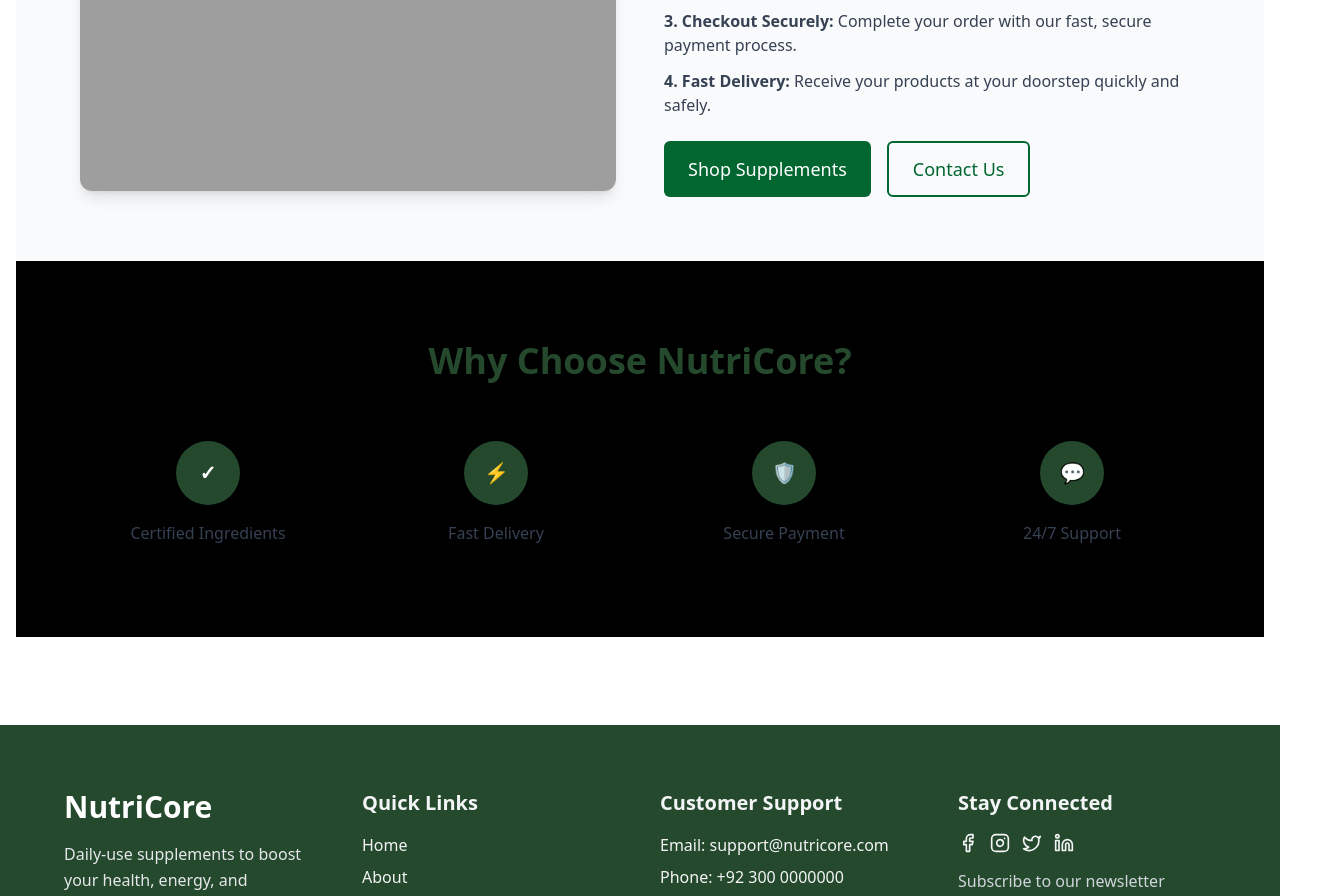
Repository: A-Nawaz512/NutriCore
Page: /about (app in frontend/)
These files come from the project's save history. The page is drawn as it stood at one moment and after the next save; the edit follows.
The browser window is 1280 px wide. The page is 1326 px wide, so the pictures cover 1326 px, including what lies to the right of the window. The pictures show the part of the page from y = 1143 to 2039 px (the page is 2261 px tall).
Pictures or frames that could not be fetched are drawn as grey boxes. The project was rebuilt for these pictures with package versions that can differ from the ones it lists, and the page was loaded fresh each time. Also part of the build but not shown: frontend/vite.config.ts.

Above is the page before, as saved 2026-02-18 16:13:41.

### frontend/src/main.tsx
import { StrictMode } from 'react'
import { createRoot } from 'react-dom/client'
import './index.css'
import App from './App.tsx'
import {BrowserRouter} from "react-router-dom"

createRoot(document.getElementById('root')!).render(
  <StrictMode>
     <BrowserRouter>
      <App />
    </BrowserRouter>
  </StrictMode>,
)

### frontend/src/App.tsx
import AppRouter from "./app/router/AppRouter"

function App() {
  return <AppRouter />
}

export default App

### frontend/src/app/router/AppRouter.tsx
import { Routes, Route } from "react-router-dom"
import { lazy, Suspense } from "react"

import MainLayout from "../../shared/components/layout/MainLayout"
// import AdminLayout from "@/shared/components/layout/AdminLayout"
// import ProtectedRoute from "./ProtectedRoute"
// import AdminRoute from "./AdminRoute"

const HomePage = lazy(() => import("../../features/home/pages/HomePage"))
const AboutPage = lazy(() => import("../../features/about/pages/AboutPage"))
const ProductsPage = lazy(() => import("../../features/products/pages/ProductsPage"))
const ContactPage = lazy(() => import("../../features/contact/pages/ContactPage"))
const LoginPage = lazy(() => import("../../features/auth/pages/LoginPage"))
const SignupPage = lazy(() => import("../../features/auth/pages/SignupPage"))
// const DashboardPage = lazy(() => import("@/features/admin/pages/DashboardPage"))

const AppRouter = () => {
  return (
    <Suspense fallback={<div>Loading...</div>}>
      <Routes>
        {/* Public Layout */}
        <Route element={<MainLayout />}>
          <Route path="/" element={<HomePage />} />
          <Route path="/about" element={<AboutPage />} />
          <Route path="/products" element={<ProductsPage />} />
          <Route path="/contact" element={<ContactPage />} />
        </Route>

        {/* Auth */}
        <Route path="/login" element={<LoginPage />} />
        <Route path="/signup" element={<SignupPage />} />

        {/* Protected Admin */}
        {/* <Route element={<ProtectedRoute />}>
          <Route element={<AdminRoute />}>
            <Route element={<AdminLayout />}>
              <Route path="/admin/dashboard" element={<DashboardPage />} />
            </Route>
          </Route>
        </Route> */}
      </Routes>
    </Suspense>
  )
}

export default AppRouter

### frontend/src/shared/components/layout/MainLayout.tsx
import { Outlet } from "react-router-dom"
import Header from "./Header"
import Footer from "./Footer"

const MainLayout = () => {
  return (
    <div className="min-h-screen flex flex-col bg-white">
      <Header />
      <main className="flex-1 container mx-auto px-4 py-6">
        <Outlet />
      </main>
      <Footer />
    </div>
  )
}

export default MainLayout

### frontend/src/features/about/pages/AboutPage.tsx
import { FC } from "react"
import Button from "../../../shared/components/ui/Button"
import Featured01 from "../../../assets/Home/Featured01.jpg"
import HeroSection from "../components/HeroSection"
import FeaturesSection from "../components/FeaturesSection"

const AboutSection: FC = () => {
  return (
    <>
      <HeroSection />
      <section className="py-16 bg-gray-50">
        <div className="container mx-auto px-6 md:px-16 flex flex-col lg:flex-row items-center gap-12">
          {/* Left Image */}
          <div className="lg:w-1/2 w-full h-64 sm:h-96 md:h-[500px] lg:h-[600px] relative">
            <img
              src={Featured01}
              alt="NutriCore Supplements"
              className="rounded-xl shadow-lg w-full h-full object-cover"
            />
          </div>

          {/* Right Content */}
          <div className="lg:w-1/2 w-full flex flex-col justify-center text-center lg:text-left">
            <h2 className="text-3xl sm:text-4xl md:text-5xl font-bold text-[#25492D] mb-6">
              Discover NutriCore Supplements
            </h2>
            <p className="text-gray-700 text-base sm:text-lg md:text-xl mb-6">
              At NutriCore, we provide <strong>high-quality daily supplements</strong> for energy, immunity, and overall wellness. Each product is <strong>carefully formulated</strong> to help you maintain a healthy lifestyle.
            </p>

            {/* How to Purchase */}
            <div className="mb-6">
              <h3 className="text-xl sm:text-2xl font-semibold text-[#25492D] mb-4">
                How to Purchase
              </h3>
              <ul className="space-y-2 sm:space-y-3 text-gray-700 text-sm sm:text-base">
                <li>
                  <span className="font-semibold">1. Browse Products:</span> Explore our curated selection of vitamins, protein powders, and wellness boosters.
                </li>
                <li>
                  <span className="font-semibold">2. Add to Cart:</span> Choose the quantity and add your supplements to the cart.
                </li>
                <li>
                  <span className="font-semibold">3. Checkout Securely:</span> Complete your order with our fast, secure payment process.
                </li>
                <li>
                  <span className="font-semibold">4. Fast Delivery:</span> Receive your products at your doorstep quickly and safely.
                </li>
              </ul>
            </div>

            {/* Call-to-Action */}
            <div className="flex flex-col sm:flex-row gap-4 justify-center lg:justify-start">
              <Button
                variant="primary"
                size="lg"
                onClick={() => (window.location.href = "/products")}
              >
                Shop Supplements
              </Button>
              <Button
                variant="outline"
                size="lg"
                onClick={() => (window.location.href = "/contact")}
              >
                Contact Us
              </Button>
            </div>
          </div>
        </div>
      </section>


      <FeaturesSection />
    </>
  )
}

export default AboutSection

### frontend/src/shared/components/layout/Header.tsx
import { FC, useState } from "react"
import { Link } from "react-router-dom"
import { ShoppingCart, Menu, X } from "lucide-react"
import Button from "../ui/Button"
import Badge from "../ui/Badge"

const Header: FC = () => {
  const [isMobileMenuOpen, setIsMobileMenuOpen] = useState(false)

  const navLinks = [
    { name: "Home", path: "/" },
    { name: "About", path: "/about" },
    { name: "Products", path: "/products" },
    { name: "Contact", path: "/contact" },
  ]

  return (
    <header className="bg-white shadow-md">
      <div className="container mx-auto flex items-center justify-between p-4">
        {/* Logo */}
        <Link to="/" className="text-2xl font-bold text-green-800">
          NutriCore
        </Link>

        {/* Desktop Navigation */}
        <nav className="hidden md:flex space-x-3">
          {navLinks.map(link => (
            <Link
              key={link.name}
              to={link.path}
              className="text-gray-700 hover:bg-green-800 hover:text-white rounded px-3 py-1 font-medium transition"
            >
              {link.name}
            </Link>
          ))}
        </nav>

        {/* Cart + Auth Buttons */}
        <div className="flex items-center space-x-4">
          <Link to="/cart" className="relative flex ">
            <ShoppingCart size={24} className="text-gray-700 hover:text-green-800 transition" />
            <Badge color="green" className="absolute -top-2 -right-2">
              2
            </Badge>
          </Link>
          <Link to="/login"><Button variant="outline" size="sm">
            Login
          </Button></Link>
        </div>

        {/* Mobile Menu Toggle */}
        <div className="md:hidden">
          <button onClick={() => setIsMobileMenuOpen(prev => !prev)}>
            {isMobileMenuOpen ? <X size={24} /> : <Menu size={24} />}
          </button>
        </div>
      </div>

      {/* Mobile Menu */}
      {isMobileMenuOpen && (
        <div className="md:hidden bg-white shadow-md">
          {navLinks.map(link => (
            <Link
              key={link.name}
              to={link.path}
              className="block px-4 py-2 text-gray-700 hover:bg-gray-100 transition"
              onClick={() => setIsMobileMenuOpen(false)}
            >
              {link.name}
            </Link>
          ))}
        </div>
      )}
    </header>
  )
}

export default Header

### frontend/src/shared/components/layout/Footer.tsx
import { FC } from "react"
import { Link } from "react-router-dom"
import Badge from "../ui/Badge"
import { Facebook, Instagram, Twitter, Linkedin } from "lucide-react"

const Footer: FC = () => {
  return (
    <footer className="bg-[#25492D] text-gray-100 mt-16">
      <div className="container mx-auto py-16 px-8 md:px-16 grid md:grid-cols-4 gap-10">
        {/* Branding */}
        <div className="space-y-4">
          <h2 className="text-3xl font-bold text-white">NutriCore</h2>
          <p className="text-gray-200 leading-relaxed">
            Daily-use supplements to boost your health, energy, and immunity.
            Trusted by thousands for quality and reliability.
          </p>
          <div className="flex space-x-3 mt-2">
            <Badge color="green" className="rounded-md px-3 py-1 text-sm">Secure Payment</Badge>
            <Badge color="yellow" className="rounded-md px-3 py-1 text-sm">Certified</Badge>
          </div>
        </div>

        {/* Quick Links */}
        <div>
          <h3 className="text-xl font-semibold mb-4">Quick Links</h3>
          <ul className="space-y-2">
            <li>
              <Link to="/" className="hover:text-green-300 transition-colors duration-200">Home</Link>
            </li>
            <li>
              <Link to="/about" className="hover:text-green-300 transition-colors duration-200">About</Link>
            </li>
            <li>
              <Link to="/products" className="hover:text-green-300 transition-colors duration-200">Products</Link>
            </li>
            <li>
              <Link to="/contact" className="hover:text-green-300 transition-colors duration-200">Contact</Link>
            </li>
          </ul>
        </div>

        {/* Support / Contact */}
        <div>
          <h3 className="text-xl font-semibold mb-4">Customer Support</h3>
          <ul className="space-y-2">
            <li>Email: support@nutricore.com</li>
            <li>Phone: +92 300 0000000</li>
            <li>FAQ</li>
            <li>Shipping & Returns</li>
          </ul>
        </div>

        {/* Social + Newsletter */}
        <div className="space-y-4">
          <h3 className="text-xl font-semibold mb-4">Stay Connected</h3>
          <div className="flex space-x-3">
            <Link className="hover:text-green-300 transition-colors duration-200">
              <Facebook size={20} />
            </Link>
            <Link className="hover:text-green-300 transition-colors duration-200">
              <Instagram size={20} />
            </Link>
            <Link className="hover:text-green-300 transition-colors duration-200">
              <Twitter size={20} />
            </Link>
            <Link className="hover:text-green-300 transition-colors duration-200">
              <Linkedin size={20} />
            </Link>
          </div>
          <div className="mt-4">
            <p className="text-gray-300 mb-2">Subscribe to our newsletter</p>
            <div className="flex">
              <input
                type="email"
                placeholder="Enter your email"
                className="flex-1 px-4 py-2 bg-green-200 rounded-l-md focus:outline-none text-gray-900"
              />
              <button className="bg-green-600 hover:bg-green-700 px-4 py-2 rounded-r-md text-white transition-colors">
                Subscribe
              </button>
            </div>
          </div>
        </div>
      </div>

      <div className="border-t border-green-700 text-center py-6 text-gray-300 text-sm">
        &copy; {new Date().getFullYear()} NutriCore. All rights reserved.
      </div>
    </footer>
  )
}

export default Footer

### frontend/src/shared/components/ui/Button.tsx
import { ButtonHTMLAttributes, FC, ReactNode } from "react"
import clsx from "clsx"
import { motion } from "framer-motion"

interface ButtonProps extends ButtonHTMLAttributes<HTMLButtonElement> {
  variant?: "primary" | "secondary" | "outline"
  size?: "sm" | "md" | "lg"
  children: ReactNode
}

const Button: FC<ButtonProps> = ({
  variant = "primary",
  size = "md",
  children,
  className,
  ...props
}) => {
  const baseClasses =
    "font-medium rounded-md transition-all duration-200 focus:outline-none focus:ring-2 focus:ring-offset-2 flex items-center justify-center"

  const variantClasses = clsx({
    "bg-green-800 text-white hover:bg-green-700 focus:ring-green-500 cursor-pointer": variant === "primary",
    "bg-gray-100 text-gray-900 hover:bg-gray-200 focus:ring-gray-400 cursor-pointer": variant === "secondary",
    "border-2 border-green-800 text-green-800 hover:text-white cursor-pointer hover:bg-green-800 focus:ring-green-500": variant === "outline"
  })

  const sizeClasses = clsx({
    "px-3 py-1 text-sm": size === "sm",
    "px-4 py-2 text-md": size === "md",
    "px-6 py-3 text-lg": size === "lg"
  })

  return (
    <motion.button
      whileTap={{ scale: 0.95 }}
      className={clsx(baseClasses, variantClasses, sizeClasses, className)}
      {...props}
    >
      {children}
    </motion.button>
  )
}

export default Button

### frontend/src/features/about/components/HeroSection.tsx
import { FC } from "react"
import { Swiper, SwiperSlide } from "swiper/react"
import { Autoplay, EffectFade, Pagination, Navigation } from "swiper/modules"
import "swiper/css"
import "swiper/css/effect-fade"
import "swiper/css/pagination"
import "swiper/css/navigation"
import Button from "../../../shared/components/ui/Button"
import About01 from "../../../assets/About/Hero04.jpg"
import About02 from "../../../assets/About/Hero02.jpg"
import About03 from "../../../assets/About/Hero03.jpg"

const slides = [
  {
    title: "Daily Health, Simplified",
    description: "NutriCore supplements for energy, immunity, and overall wellness.",
    img: About01,
    btnText: "Shop Now",
    btnLink: "/products",
  },
  {
    title: "Fast & Secure Delivery",
    description: "Get your favorite supplements delivered to your doorstep quickly and safely.",
    img: About02,
    btnText: "Explore Delivery",
    btnLink: "/delivery",
  },
  {
    title: "Premium Quality Products",
    description: "Certified vitamins, protein powders, and wellness boosters to support your lifestyle.",
    img: About03,
    btnText: "View Products",
    btnLink: "/products",
  },
]

const HeroSection: FC = () => {
  return (
    <section className="relative w-full h-[80vh] overflow-hidden rounded-lg">
      <Swiper
        modules={[Autoplay, EffectFade, Pagination, Navigation]}
        effect="fade"
        autoplay={{ delay: 3000, disableOnInteraction: false }}
        loop={true}
        speed={1000}
        pagination={{
          clickable: true,
          bulletClass:
            "swiper-pagination-bullet w-4 h-4 bg-white/50 rounded-full mx-1 transition-all duration-300",
          bulletActiveClass: "swiper-pagination-bullet-active bg-white",
        }}
        navigation={true}
        className="w-full h-full"
      >
        {slides.map((slide, index) => (
          <SwiperSlide key={index}>
            <div
              className="w-full h-full relative flex flex-col md:flex-row items-center justify-between px-6 md:px-16 py-12 md:py-24"
              style={{
                backgroundImage: `url(${slide.img})`,
                backgroundSize: "cover",
                backgroundPosition: "center",
              }}
            >
              {/* Overlay */}
              <div className="absolute inset-0 bg-black/20"></div>

              {/* Text Content */}
              <div className="relative md:w-1/2 z-10 text-white max-w-lg text-center md:text-left">
                <h2 className="text-3xl md:text-5xl font-bold mb-4 leading-snug">
                  {slide.title}
                </h2>
                <p className="mb-6 text-base md:text-lg text-gray-100">
                  {slide.description}
                </p>
                <div className="flex justify-center md:justify-start">
                  <Button
                    variant="primary"
                    size="lg"
                    onClick={() => (window.location.href = slide.btnLink)}
                  >
                    {slide.btnText}
                  </Button>
                </div>
              </div>
            </div>
          </SwiperSlide>
        ))}
      </Swiper>

      {/* Custom Navigation Styling */}
      <style>
        {`
          .swiper-button-next,
          .swiper-button-prev {
            width: 3rem;
            padding : 10px;
            height: 3rem;
            border-radius: 50%;
            background-color: rgba(255,255,255,0.3);
            color: white;
            transition: all 0.3s ease;
          }
          .swiper-button-next:hover,
          .swiper-button-prev:hover {
            background-color: green;
          }
          .swiper-button-next::after,
          .swiper-button-prev::after {
            font-size: 1.25rem;
            font-weight: bold;
          }
        `}
      </style>
    </section>
  )
}

export default HeroSection

### frontend/src/features/about/components/FeaturesSection.tsx
import { FC } from "react"

const FeaturesSection: FC = () => (
  <section className="py-5 sm:py-20 bg-black">
    <div className="container mx-auto px-4 sm:px-6 md:px-16 text-center">
      <h2 className="text-2xl sm:text-3xl md:text-4xl font-bold text-[#25492D] mb-12">
        Why Choose NutriCore?
      </h2>

      <div className="grid grid-cols-2 sm:grid-cols-2 md:grid-cols-4 gap-8">
        {/* Feature 1 */}
        <div className="flex hover:shadow-2xl p-3 rounded-2xl flex-col items-center transition transform hover:-translate-y-1 duration-300">
          <div className="bg-[#25492D] text-white w-12 h-12 sm:w-16 sm:h-16 flex items-center justify-center rounded-full mb-4 font-bold text-lg sm:text-xl">
            ✓
          </div>
          <p className="font-medium text-gray-700 text-sm sm:text-base">Certified Ingredients</p>
        </div>

        {/* Feature 2 */}
        <div className="flex flex-col hover:shadow-2xl p-3 rounded-2xl items-center transition transform hover:-translate-y-1 duration-300">
          <div className="bg-[#25492D] text-white w-12 h-12 sm:w-16 sm:h-16 flex items-center justify-center rounded-full mb-4 font-bold text-lg sm:text-xl">
            ⚡
          </div>
          <p className="font-medium text-gray-700 text-sm sm:text-base">Fast Delivery</p>
        </div>

        {/* Feature 3 */}
        <div className="flex flex-col hover:shadow-2xl p-3 rounded-2xl items-center transition transform hover:-translate-y-1 duration-300">
          <div className="bg-[#25492D] text-white w-12 h-12 sm:w-16 sm:h-16 flex items-center justify-center rounded-full mb-4 font-bold text-lg sm:text-xl">
            🛡️
          </div>
          <p className="font-medium text-gray-700 text-sm sm:text-base">Secure Payment</p>
        </div>

        {/* Feature 4 */}
        <div className="flex flex-col hover:shadow-2xl p-3 rounded-2xl items-center transition transform hover:-translate-y-1 duration-300">
          <div className="bg-[#25492D] text-white w-12 h-12 sm:w-16 sm:h-16 flex items-center justify-center rounded-full mb-4 font-bold text-lg sm:text-xl">
            💬
          </div>
          <p className="font-medium text-gray-700 text-sm sm:text-base">24/7 Support</p>
        </div>
      </div>
    </div>
  </section>
)

export default FeaturesSection

### frontend/src/shared/components/ui/Badge.tsx
import { FC, ReactNode } from "react"
import clsx from "clsx"

interface BadgeProps {
  children: ReactNode
  color?: "blue" | "green" | "red" | "gray"
}

const Badge: FC<BadgeProps> = ({ children, color = "gray" }) => {
  const colors = clsx({
    "bg-blue-100 text-blue-800": color === "blue",
    "bg-green-100 text-green-800": color === "green",
    "bg-red-100 text-red-800": color === "red",
    "bg-gray-100 text-gray-800": color === "gray",
  })

  return <span className={clsx("px-2 py-1 text-xs rounded-full font-semibold", colors)}>{children}</span>
}

export default Badge

Loaded but not shown: frontend/index.html (common file); frontend/src/index.css (common file)

After the next save:
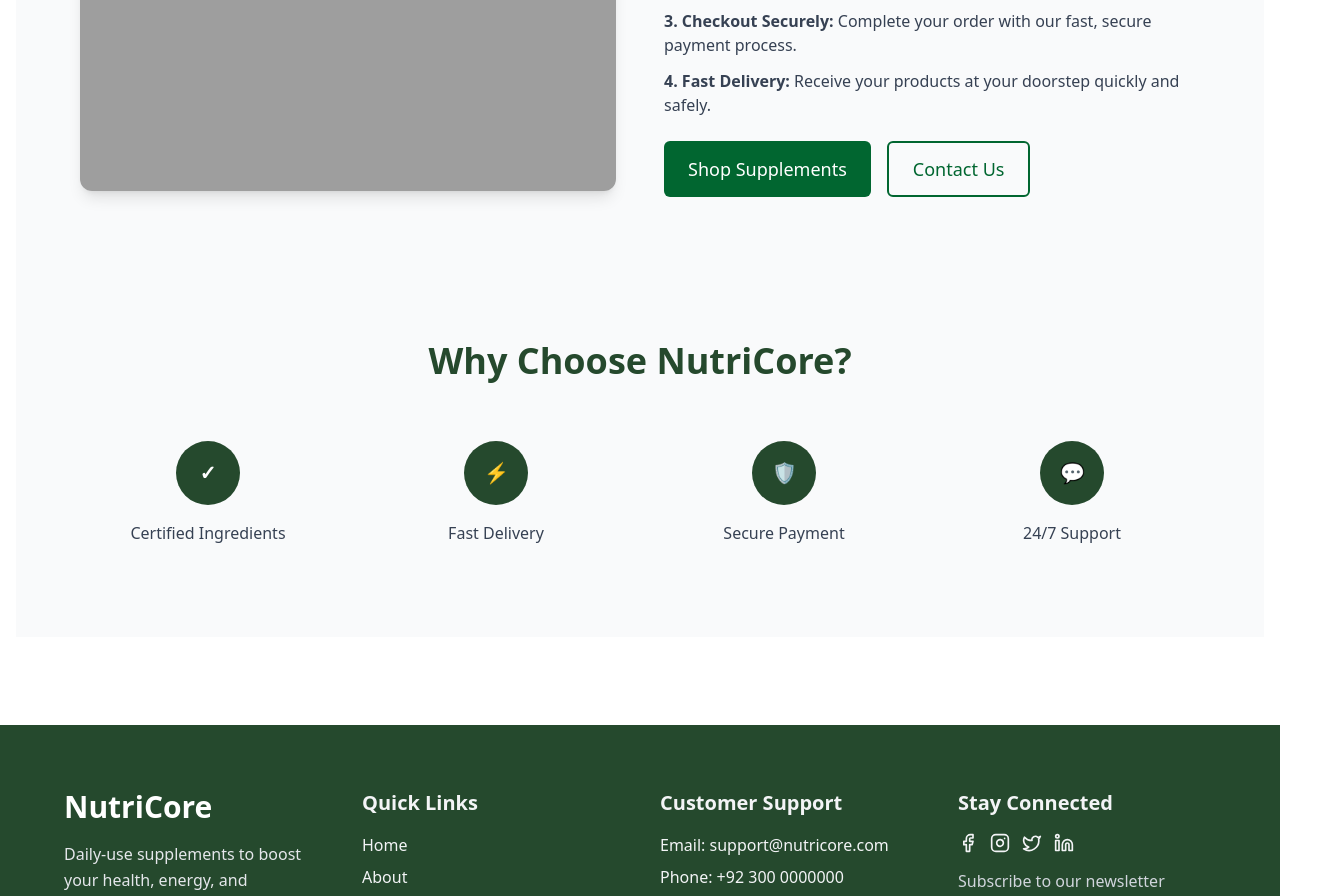
Saved 36 s later.
--- a/frontend/src/features/about/components/FeaturesSection.tsx
+++ b/frontend/src/features/about/components/FeaturesSection.tsx
@@ -1,7 +1,7 @@
 import { FC } from "react"
 
 const FeaturesSection: FC = () => (
-  <section className="py-5 sm:py-20 bg-black">
+  <section className="py-5 sm:py-20 bg-gray-50">
     <div className="container mx-auto px-4 sm:px-6 md:px-16 text-center">
       <h2 className="text-2xl sm:text-3xl md:text-4xl font-bold text-[#25492D] mb-12">
         Why Choose NutriCore?
